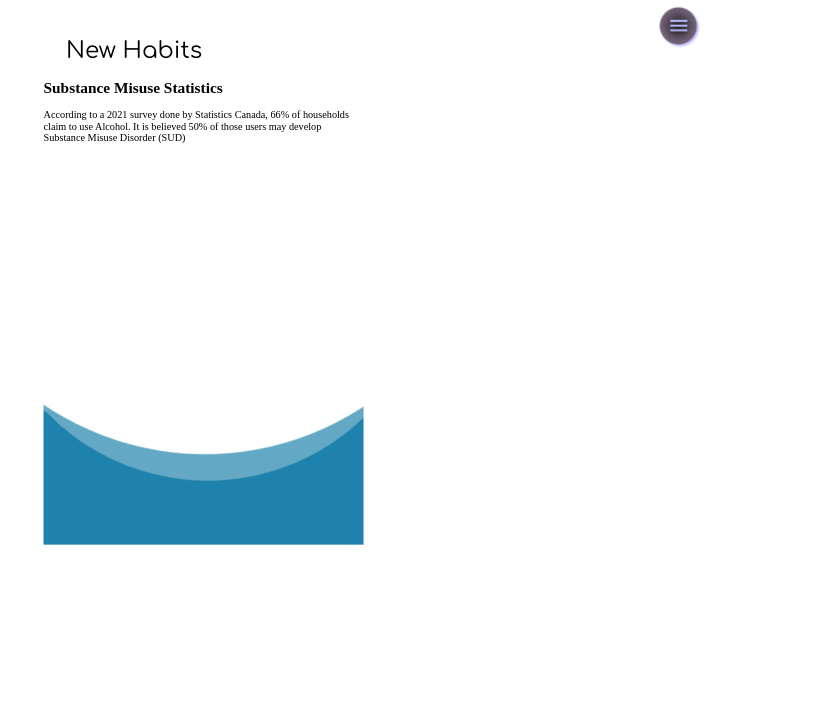
Repository: olivia-sk/MDIA-2109-2106-Big-Project
Page: /
These files come from the project's save history. The page is drawn as it stood at one moment and after the next save; the edit follows.
The browser window is 1280 px wide. The pictures show the whole page, at 64% of full size.
The project was rebuilt for these pictures with package versions that can differ from the ones it lists, and the page was loaded fresh each time. The framework's server and built-in components were replaced by stand-ins that run in the browser. Also part of the build but not shown: next.config.js, styles/globals.css, components/PieChart/PieChart.module.css, components/PieChart/index.js, components/Button/Button.module.css, components/Button/index.js.

Above is the page before, as saved 2023-04-15 13:46:25.

### pages/index.js
import Head from "next/head";
import Image from "next/image";
import styles from "@/styles/Home.module.css";
import Pie from "@/components/PieChart";
import Link from "next/link";
import Navigation from "@/components/Menu";
import Button from "@/components/Button";
import WaterWave from "@/components/WaterWave";

export default function Home() {
  return (
    <>
      <Head>
        <title>New Habits Web App</title>
        <meta
          name="description"
          content="To identify and help those who suffer from Substance Misuse"
        />
        <meta name="viewport" content="width=device-width, initial-scale=1" />
        <link rel="icon" href="/favicon.ico" />
      </Head>
      <main className={styles.main}>
        <div class={styles.parent}>
          <div class={styles.div3}>
          <h1 className={styles.title}>New Habits</h1>
          </div>
          <Navigation/>
          <div className={styles.div1}>
            <h2>Substance Misuse Statistics</h2>
            <p>According to a 2021 survey done by Statistics Canada, 66% of households claim to use Alcohol. It is believed 50% of those users may develop Substance Misuse Disorder (SUD)</p>
          </div>
          <div class={styles.div2}>
            <WaterWave className={styles.wave} />
          </div>
        </div>
      </main>
    </>
  );
}

### styles/Home.module.css
.main {
  display: flex;
  flex-direction: column;
  justify-content: space-between;
  align-items: center;
  padding: 6rem;
  width: 428px;
  height: 926px;
  background-color: (249, 249, 255);
}
.box {
  position: relative;
  align-content: center;
  width: 332px;
  height: 656px;
  border: solid 10px rgba(255, 218, 185, 1);
}
.wave {
  display: flex;
  align-content: center;
  padding-top: 50%;
}
.title {
  position: absolute;
  width: 213px;
  height: 40px;
  left: 103px;
  top: 34px;
  color: black;
  font-family: 'Comfortaa';
  font-style: normal;
  font-weight: 400;
  font-size: 36px;
  line-height: 40px;
  text-align: center;
}
.box h2 {
  font-family: 'Comfortaa';
  font-style: normal;
  font-weight: 500;
  font-size: 24px;
  line-height: 27px;
  text-align: center;
  color: black;
  position: absolute;
  top: 325px;
}
.box p {
  font-family: 'Comfortaa';
  font-style: normal;
  font-weight: 400;
  font-size: 20px;
  line-height: 22px;
  text-align: center;
  color: black;
  position: absolute;
  top: 400px;
  width: 264px;
  left: 22px;
}
.link {
  display: flex;
flex-direction: row;
justify-content: center;
align-items: center;
padding: 10px 30px;
gap: 10px;
}

### components/Menu/index.js
import React, { useRef } from 'react'
import styles from './Menu.module.css'
import Image from 'next/image'
import Link from 'next/link'

export default function Navigation() {
  const hamburgerRef = useRef();
  const navigationRef = useRef();

  const handleClickOutside = (event) => {
    const isClickInside =
      navigationRef.current.contains(event.target) ||
      hamburgerRef.current.contains(event.target);
    if (!isClickInside) {
      navigationRef.current.classList.remove(styles.active);
      hamburgerRef.current.classList.remove(styles.hidden);
    }
  };

  const handleHamburgerClick = () => {
    navigationRef.current.classList.add(styles.active);
    hamburgerRef.current.classList.add(styles.hidden);
  };

  React.useEffect(() => {
    document.addEventListener("click", handleClickOutside);

    return () => {
      document.removeEventListener("click", handleClickOutside);
    };
  }, []);

  return (
    <>
      <div className={styles.navigation} ref={navigationRef}>
        <button
          className={`${styles.hamburger} ${styles.bar}`}
          onClick={handleHamburgerClick}
          ref={hamburgerRef}
        >
          <Image src="/Menu/burger.png" width={65} height={65} alt='burger menu'/>
        </button>
        <nav>
          <h1 className={styles.menutitle}>Menu</h1>
          <ul>
            <li>
              <Link href="./pages/index.js">Home</Link>
            </li>
            <li>
              <Link href="./pages/5-GetStarted/index.js">Quiz</Link>
            </li>
            <li>
              <Link href="./pages/11-Disclaimer/disclaimer.js">Disclaimer</Link>
            </li>
            <li>
              <Link href="./pages/13-Resources/index.js">Resources</Link>
            </li>
          </ul>
        </nav>
      </div>
    </>
  );
}

### components/WaterWave/index.js
import styles from './Wave.module.css'

export default function WaterWave() {
  return (
    <>
        <div className={styles.container}>
            <div className={styles.water_wave}></div>
        </div>
    </>
  )
}

### components/Menu/Menu.module.css
.navigation {
  position: fixed;
  top: 0;
  right: -500px;
  width: 280px;
  height: 100%;
  background-image: url("/Menu/background.png");
  background-size: cover;
  transition: 0.5s;
  border-radius: 27px 0 0 27px;
}

.menutitle {
  font-family: 'Montserrat', sans-serif;
  font-style: normal;
  font-weight: 400;
  font-size: 24px;
  display: flex;
  align-items: left;
  color: rgba(255, 255, 255, 0.50);
  margin: 1.5rem;
}

.navigation ul li {
  display: flex;
  color: rgba(255, 255, 255, 0.5);
  line-height: 20px;
  text-align: left;
  font-weight: 500;
  list-style-type: none;
  font-size: 14px;
  padding: 20px 30px;
  border-bottom: 0px 64px 64px -32px rgba(41, 15, 0, 100);
  transition: all 0.3s ease;
}

.navigation ul li:hover {
  padding: 16px 20px;
  background-image: url("/Menu/hover.png");
  background-size: cover;
  border-radius: 12px;
  cursor: pointer;
}

.hamburger,
.bar {
  position: fixed;
}

.hamburger {
  display: flex;
  top: 6%;
  left: 80%;
  transform: translateY(-50%);
  border: 0;
  background: 0 0;
  margin-right: 10rem;
}

.hamburger.hidden {
  display: none;
}

.navigation.active {
  right: 0;
  z-index: 1;
}

### components/WaterWave/Wave.module.css
.container {
    display: flex;
    align-items: center;
    justify-content: center;
    min-height: 100vh;
}

.water_wave{
    width: 500px;
    height: 500px;
    background:#1f82ac;
    box-shadow: insert 0 0 20px 0 rgba(0,0,0,0.8);
    position: relative;
    overflow: hidden;
}

.water_wave:after,
.water_wave:before {
    content: "";
    position: absolute;
    width: 200%;
    height: 200%;
    top: -50%;
    left: 50%;
    background:#ffffff;
}

.water_wave:after{
    border-radius:45%;
    animation: water_wave 5s linear infinite;
}

.water_wave:before{
    border-radius: 35%;
    background: rgba(255,255,255,0.3);
    animation: water_wave 5s linear infinite;
}
@keyframes water_wave{
    0%{
        transform: translate(-50%,-50%) rotate(0deg);
        top: -30%;
    }
    50%{
        transform: translate(-50%,-50%) rotate(180deg);
        top: -40%;
    }
    100%{
        transform: translate(-50%,-50%) rotate(360deg);
        top: -30%;
    }




}

Loaded but not shown: pages/_app.js (common file); pages/_document.js (common file)

After the next save:
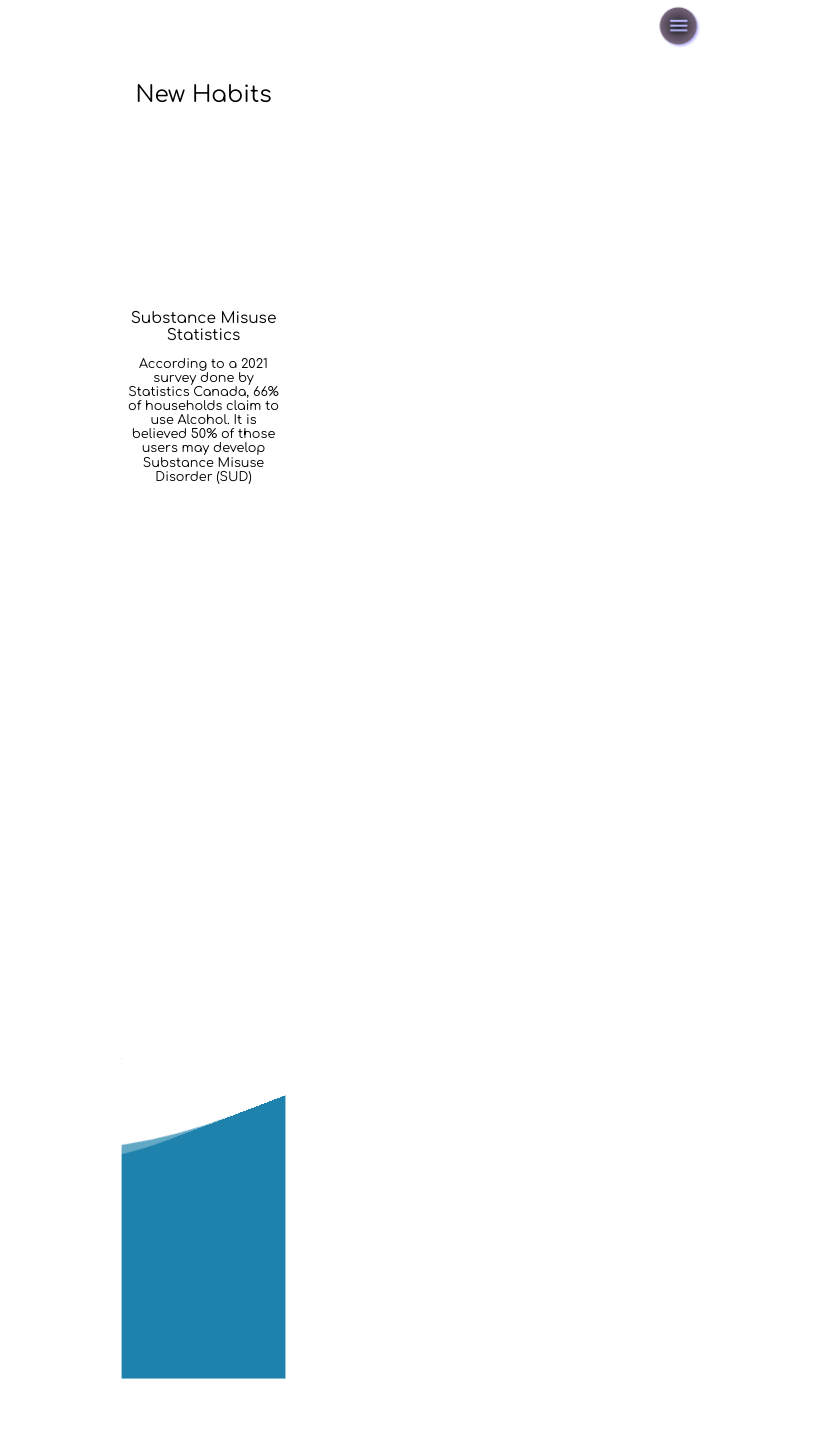
Saved 2 min 39 s later.
--- a/styles/Home.module.css
+++ b/styles/Home.module.css
@@ -8,24 +8,19 @@
   height: 926px;
   background-color: (249, 249, 255);
 }
-.box {
-  position: relative;
-  align-content: center;
-  width: 332px;
-  height: 656px;
-  border: solid 10px rgba(255, 218, 185, 1);
+.parent {
+  display: grid;
+  grid-template-columns: repeat(5, 1fr);
+  grid-template-rows: repeat(6, 1fr);
+  grid-column-gap: 0px;
+  grid-row-gap: 0px;
 }
-.wave {
-  display: flex;
-  align-content: center;
-  padding-top: 50%;
+
+.div3 {
+  grid-area: 1 / 2 / 2 / 5;
 }
 .title {
-  position: absolute;
-  width: 213px;
-  height: 40px;
-  left: 103px;
-  top: 34px;
+
   color: black;
   font-family: 'Comfortaa';
   font-style: normal;
@@ -34,7 +29,10 @@
   line-height: 40px;
   text-align: center;
 }
-.box h2 {
+.div1 {
+  grid-area: 2 / 2 / 5 / 5;
+}
+.div1 h2 {
   font-family: 'Comfortaa';
   font-style: normal;
   font-weight: 500;
@@ -42,10 +40,9 @@
   line-height: 27px;
   text-align: center;
   color: black;
-  position: absolute;
-  top: 325px;
+
 }
-.box p {
+.div1 p {
   font-family: 'Comfortaa';
   font-style: normal;
   font-weight: 400;
@@ -53,16 +50,7 @@
   line-height: 22px;
   text-align: center;
   color: black;
-  position: absolute;
-  top: 400px;
-  width: 264px;
-  left: 22px;
 }
-.link {
-  display: flex;
-flex-direction: row;
-justify-content: center;
-align-items: center;
-padding: 10px 30px;
-gap: 10px;
+.div2 {
+  grid-area: 5 / 2 / 7 / 5;
 }
